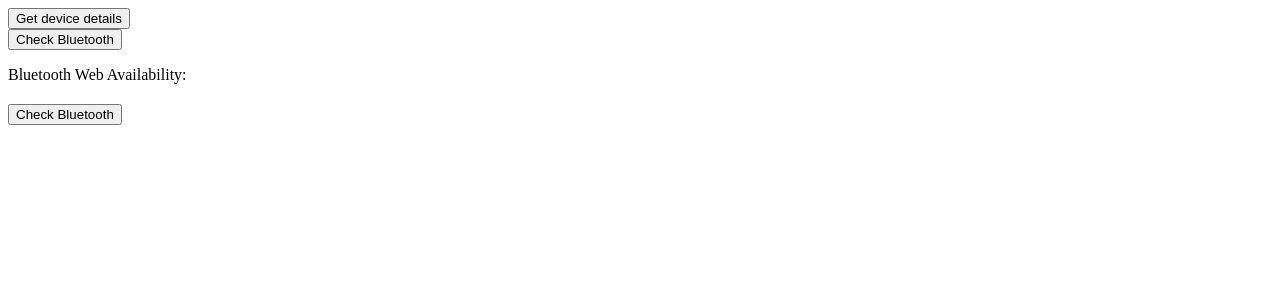
Repository: anjandash/authpass
Page: index.html
These files come from the project's save history. The page is drawn as it stood at one moment and after the next save; the edit follows.
The browser window is 1280 px wide. The pictures show the whole page.

Above is the page before, as saved 2021-11-13 09:31:37.

### index.html
<!DOCTYPE html>
<html lang="en">
  <head>
    <meta charset="UTF-8" />
    <meta http-equiv="X-UA-Compatible" content="IE=edge" />
    <meta name="viewport" content="width=device-width, initial-scale=1.0" />
    <title>Document</title>
  </head>
  <body>
    <button id="getDetails">Get device details</button>
    <div id="details"></div>

    <div>
        <button id="checkBluetooth" onclick="isWebBluetoothEnabled();">Check Bluetooth</button>
        <p>Bluetooth Web Availability: <span id="bluetoothState"></span></p>
    </div>

    <div style="margin-top: 20px; ">
      <button id="loginPage" onclick="isWebBluetoothEnabled();">Check Bluetooth</button>
    </div>

    <script src="script.js"></script>
  </body>
</html>

### script.js
const button = document.getElementById("getDetails");
const details = document.getElementById("details");

function isWebBluetoothEnabled() {
    document.getElementById('bluetoothState').innerText = 'Testing ...'
    if (!navigator.bluetooth) {
        console.log('Web Bluetooth API is not available in this browser!')
        document.getElementById('bluetoothState').innerText = 'Not available'
        return false
    }
    document.getElementById('bluetoothState').innerText = 'Available'
    return true
}

button.addEventListener("click", async () => {
  try {

    // Declaring the service we want
    authpass_service_uuid = "EABC4F75-8967-4234-A483-9660A8F32AB1".toLowerCase()

    // Request the Bluetooth device through browser
    const device = await navigator.bluetooth.requestDevice({
      optionalServices: [authpass_service_uuid],
      acceptAllDevices: true,
    });

    // // Connect to the GATT server
    // // We also get the name of the Bluetooth device here
    let deviceId = device.gatt.device.id;
    let deviceName = device.gatt.device.name;

    const server = await device.gatt.connect();
    let connStatus = device.gatt.device.gatt.connected;

    serviceUuid = authpass_service_uuid
    const service = await server.getPrimaryService(serviceUuid);
    const characteristics = await service.getCharacteristics();

    console.log('> Device Id: ' + deviceId)
    console.log('> Device Name: ' + deviceName)
    console.log('> Connection Status: ' + connStatus)
    console.log('> Characteristics: ' + characteristics.map(c => c.uuid).join('\n' + ' '.repeat(19)));



    // // Getting the services we mentioned before through GATT server
    // const batteryService = await server.getPrimaryService("battery_service");
    // const infoService = await server.getPrimaryService("device_information");

    // // Getting the current battery level
    // const batteryLevelCharacteristic = await batteryService.getCharacteristic(
    //   "battery_level"
    // );
    // // Convert recieved buffer to number
    // const batteryLevel = await batteryLevelCharacteristic.readValue();
    // const batteryPercent = await batteryLevel.getUint8(0);

    // // Getting device information
    // // We will get all characteristics from device_information
    // const infoCharacteristics = await infoService.getCharacteristics();

    // console.log(infoCharacteristics);

    // let infoValues = [];

    // const promise = new Promise((resolve, reject) => {
    //   infoCharacteristics.forEach(async (characteristic, index, array) => {
    //     // Returns a buffer
    //     const value = await characteristic.readValue();
    //     console.log(new TextDecoder().decode(value));
    //     // Convert the buffer to string
    //     infoValues.push(new TextDecoder().decode(value));
    //     if (index === array.length - 1) resolve();
    //   });
    // });

    // promise.then(() => {
    //   console.log(infoValues);
    //   // Display all the information on the screen
    //   // use innerHTML
    //   details.innerHTML = `
    //   Device Name - ${deviceName}<br />
    //   Battery Level - ${batteryPercent}%<br />
    //   Device Information:
    //   <ul>
    //     ${infoValues.map((value) => `<li>${value}</li>`).join("")}
    //   </ul>
    // `;
    // });
  } catch (err) {
    console.log(err);
    alert("An error occured while fetching device details");
  }
});

After the next save:
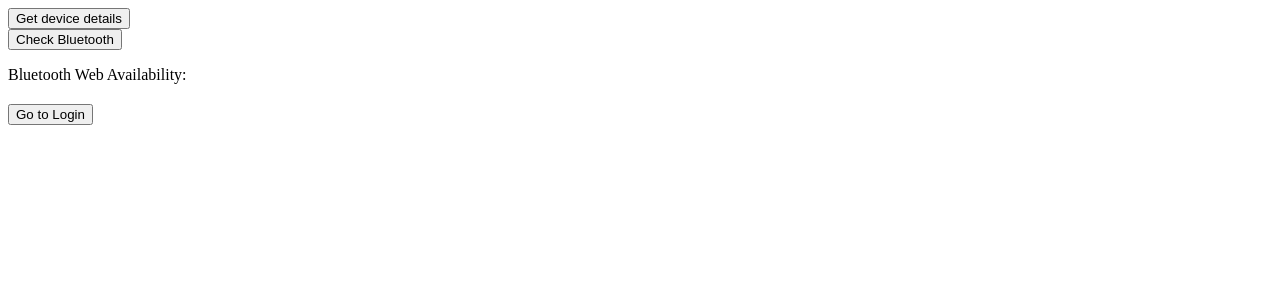
Saved 11 s later.
--- a/index.html
+++ b/index.html
@@ -16,7 +16,7 @@
     </div>
 
     <div style="margin-top: 20px; ">
-      <button id="loginPage" onclick="isWebBluetoothEnabled();">Check Bluetooth</button>
+      <button id="loginPage" onclick=";">Go to Login</button>
     </div>
 
     <script src="script.js"></script>
